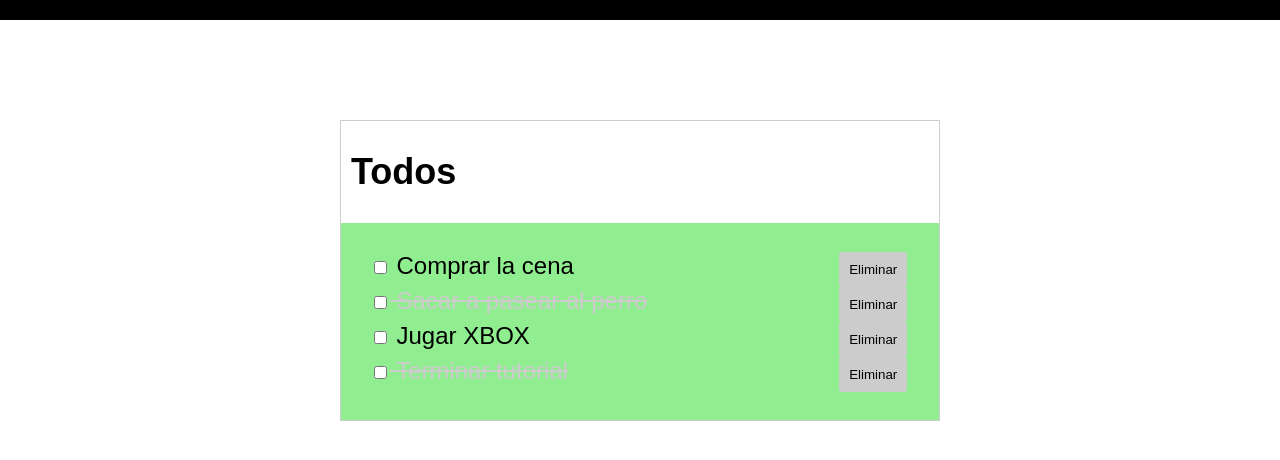
Repository: MauriVaz/Primer-app-con-Vue
Page: /
An editor plug-in stored every save of this project. The page is shown before and after the next save, followed by the edit.
The browser window is 1280 px wide. The pictures show the whole page.
The project was rebuilt for these pictures with package versions that can differ from the ones it lists, and the page was loaded fresh each time. Also part of the build but not shown: vue.config.js.

Above is the page before, as saved 2022-12-13 03:56:51.

### public/index.html
<!DOCTYPE html>
<html lang="">
  <head>
    <meta charset="utf-8">
    <meta http-equiv="X-UA-Compatible" content="IE=edge">
    <meta name="viewport" content="width=device-width,initial-scale=1.0">
    <link rel="icon" href="<%= BASE_URL %>favicon.ico">
    <title><%= htmlWebpackPlugin.options.title %></title>
  </head>
  <body>
    <noscript>
      <strong>Por favor activa Javascript</strong>
    </noscript>
    <div id="app"></div>
    <!-- built files will be auto injected -->
  </body>
</html>

### src/App.vue
<template>
  <div id="header"></div>
  <div id="main-container">
    <h2>Todos</h2>
    <Todos v-bind:todoslist="copyTodos" />
  </div>
</template>

<script>
// import HelloWorld from './components/HelloWorld.vue'
// import Search from './components/Search.vue';
// import TodoAdd from "./components/TodoAdd.vue"
import Todos from './components/Todos';

export default {
  name: 'App',
  components: {
    Todos
  },
  data(){
    return{
      todos:[
        {
          id:0,
          title:"Comprar la cena",
          completed:false
        },{
          id:1,
          title:"Sacar a pasear al perro",
          completed:true
        },{
          id:2,
          title:"Jugar XBOX",
          completed:false
        },
        {
          id:3,
          title:"Terminar tutorial",
          completed:true
        }
      ],
      copyTodos:[]
    }
  },
  created(){
    this.copyTodos=[...this.todos]
  }
}
</script>

<style>
*{
  box-sizing: border-box;
}

body{
  font-family: Arial, Helvetica, sans-serif;
  font-size: 1.5em;
  padding: 0;
  margin: 0;
 }
 #main-container{
   border: solid 1px #ccc;
   width: 600px;
   margin: 100px auto;
  }
  #header{
  background:black;
  padding: 10px;
}
h2{
   padding: 0 10px;
 }

</style>

### src/components/Todos.vue
<template>
    <div class="container">
        <div v-bind:key="todo.id" v-for="todo in todoslist">
            <TodoItem v-bind:todo="todo"/>
        </div>
    </div>
</template>

<script>
import TodoItem from './TodoItem.vue';

export default{
    // eslint-disable-next-line vue/multi-word-component-names
    name: "Todos",
    props: ["todoslist"],
    components: { TodoItem }
}
</script>

<style>
.container{
    background-color: lightgreen;
    padding:4vh;
}
</style>

### src/components/TodoItem.vue
<template>
    <div>
        <div v-bind:class="{completed:todo.completed}" class="todo-body">
            <input type="checkbox" />
            {{todo.title}}
        </div>
        <div class="todo-actions">
            <button>Eliminar</button>
        </div>
    </div>
</template>

<script>
export default{
    name:"TodoItem",
    props:['todo']
}
</script>

<style scoped>
    .todo{
        border-bottom:solid 1px #ccc
    }

    .todo:not(.completed):hover{
        background-color: #eee;
    }

    .completed{
        color:#ccc;
        text-decoration: line-through;
    }

    .completed .todo-body{
        text-decoration: line-through;
    }

    .todo-body, .todo-actions{
        display: inline-block;
        vertical-align: top;
    }

    .todo-body{
        width: 85%;
    }

    .todo-actions{
        padding: 0 10px;
        width: 10%;
    }

    button{
        border: none;
        border-radius: 3px;
        padding: 10px;
        background-color: #ccc;
        color:black
    }

    button:hover{
        background-color: #da2020;
        color:white
    }


</style>

Loaded but not shown: src/main.js (common file)

After the next save:
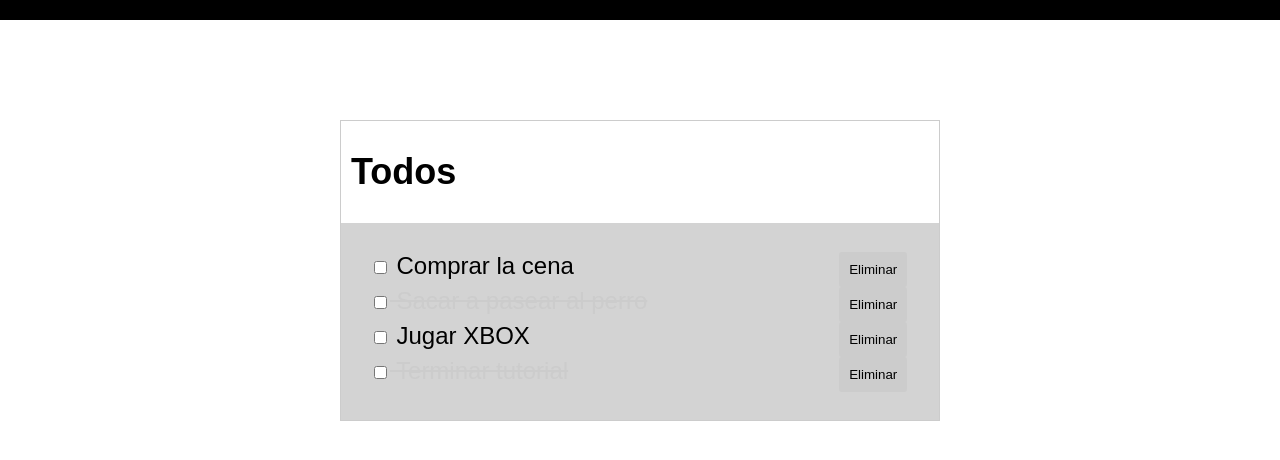
Saved 37 s later.
--- a/src/components/Todos.vue
+++ b/src/components/Todos.vue
@@ -19,7 +19,7 @@ export default{
 
 <style>
 .container{
-    background-color: lightgreen;
+    background-color: lightgray;
     padding:4vh;
 }
 </style>
